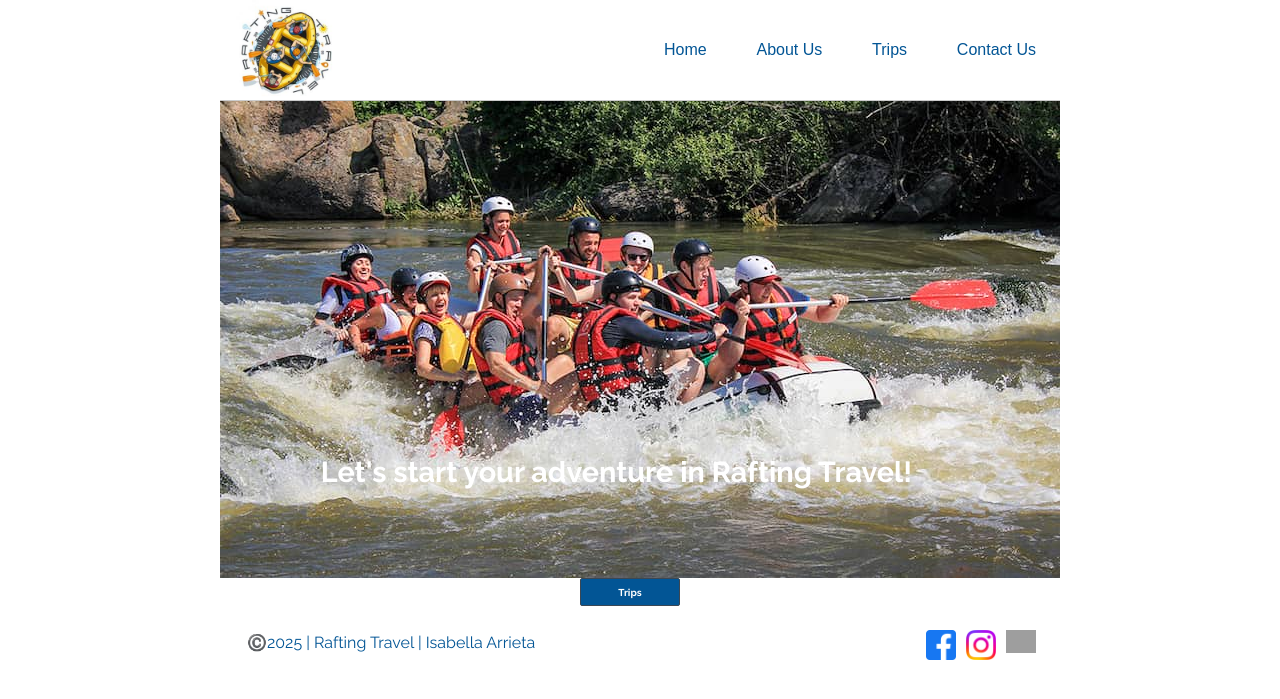
Repository: isaAJ05/wdd130
Page: wwr/index.html
The author's editor kept a copy of each file at every save. The page is drawn from the files as they stood at one save, then again after a run of saves.
The browser window is 1280 px wide. The pictures show the whole page.
Pictures or frames that could not be fetched are drawn as grey boxes. Some web fonts or font styles are not loaded; a fallback is used.

Above is the page before, as saved 2025-06-16 20:19:57.

After the next 3 saves:
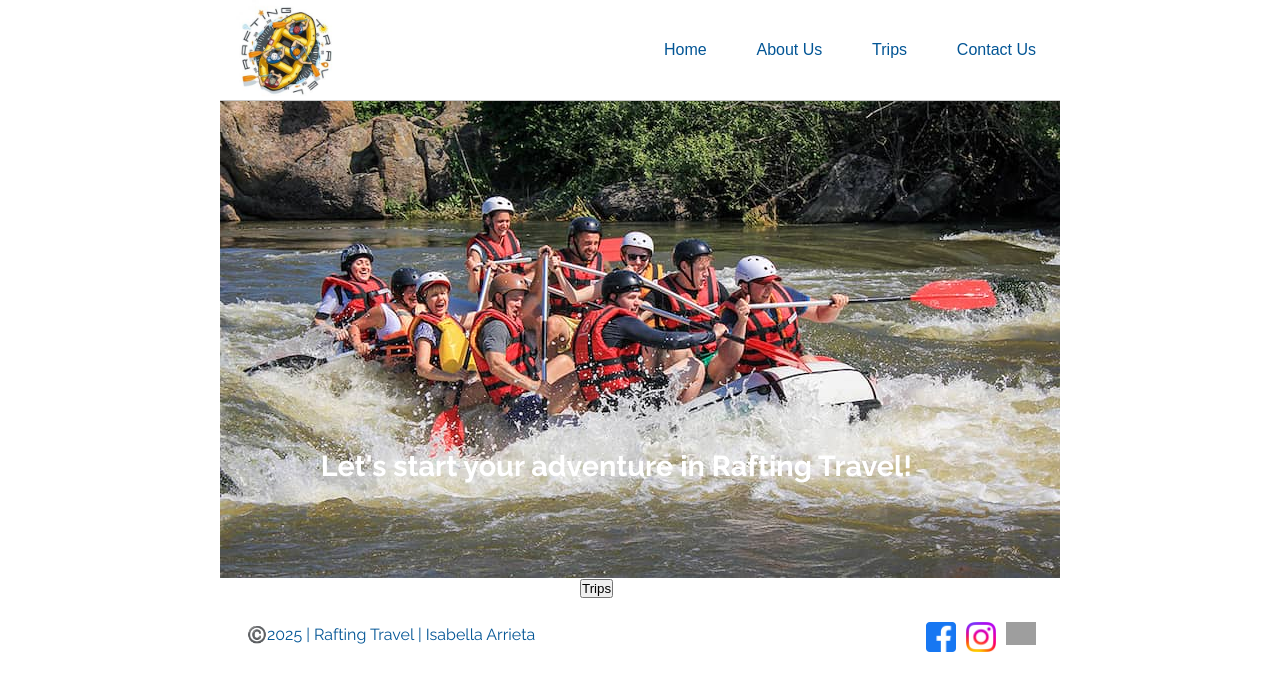
The 3 saves are shown as one change because they came seconds apart.
The last was saved 44 s later.
--- a/wwr/styles/rafting.css
+++ b/wwr/styles/rafting.css
@@ -438,7 +438,7 @@ input[type="radio"]{
 .send {
     padding-left: 360px;
 }
-.send button {
+.rectangle-6 button {
 	width: 100px;
 	height: 28px;
 	padding: 0px 10px 0px 10px;

After the 2 saves that followed:
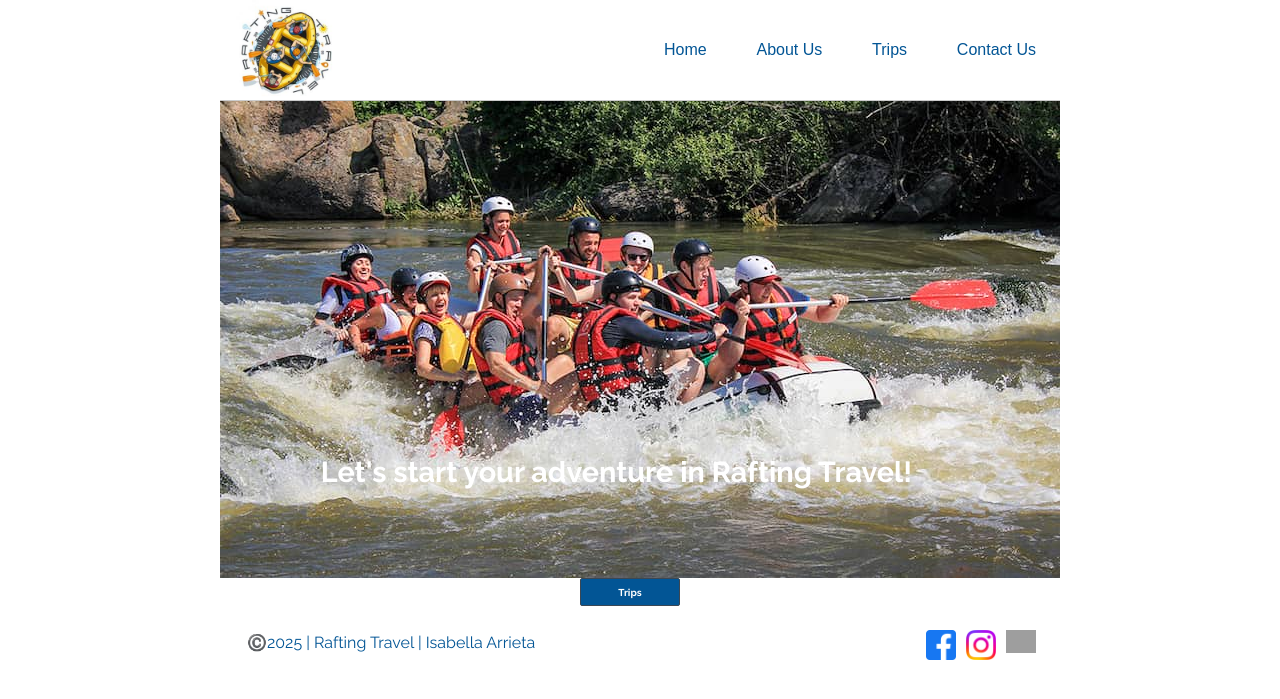
The 2 saves are shown as one change because 1 left the picture as it was.
The last was saved 23 s later.
--- a/wwr/styles/rafting.css
+++ b/wwr/styles/rafting.css
@@ -474,3 +474,19 @@ input[type="radio"]{
 	font-size: 1.8rem;
 	font-family: var(--body-font);
 }
+.hero button {
+	width: 100px;
+	height: 28px;
+	padding: 0px 10px 0px 10px;
+	background: var(--accent1-color);
+	color: #FFFFFF;
+	border-color: #3B4754;
+	border-width: 1px;
+	border-style: solid;
+	border-radius: 2px 2px 2px 2px;
+	font-family: var(--body-font);
+	font-weight: 700;
+	font-size: 10px;
+	text-align: center;
+
+}
